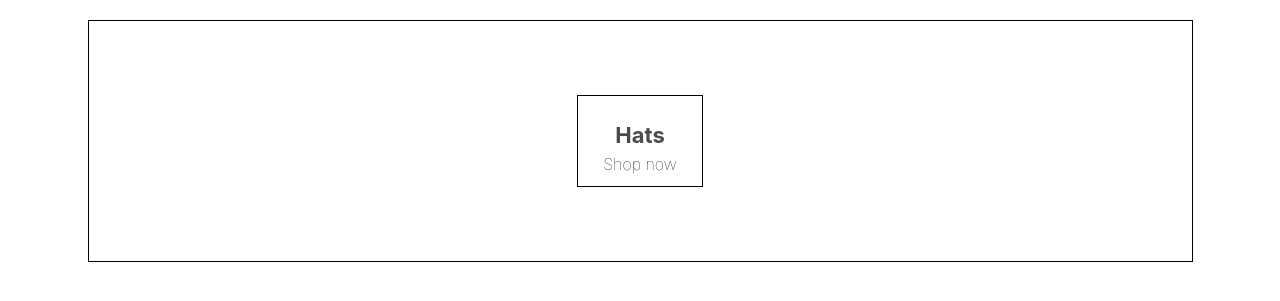
Repository: sbeaujard/train-react-crwn
Page: /
An editor plug-in stored every save of this project. The page is shown before and after the next save, followed by the edit.
The browser window is 1280 px wide. The pictures show the whole page.
The project was rebuilt for these pictures with package versions that can differ from the ones it lists, and the page was loaded fresh each time. Also part of the build but not shown: src/App.css.

Above is the page before, as saved 2021-01-08 09:21:17.

### src/App.js
import './App.css';
import HomePage from './homepage.component';

function App() {
  return (
    <HomePage></HomePage>

  );
}

export default App;

### src/homepage.component.jsx
import React from 'react';
import './homepage.styles.scss'
const HomePage = () => (
    <div className="homepage">
        <div className="directory-menu">
            <div className="menu-item">
                <div className="content">
                    <h1 className="title">Hats</h1>
                    <span className="subtitle">Shop now</span>
                </div>
            </div>
        </div>
    </div>
)

export default HomePage;

### src/homepage.styles.scss
.homepage {
    display: flex;
    flex-direction: column;
    align-items: center;
    padding: 20px 80px;
  }

  .directory-menu {
    width: 100%;
    display: flex;
    flex-wrap: wrap;
    justify-content: space-between;
  }

  .menu-item {
    min-width: 30%;
    height: 240px;
    flex: 1 1 auto;
    display: flex;
    align-items: center;
    justify-content: center;
    border: 1px solid black;
    margin: 0 7.5px 15px;

    &:first-child {
      margin-right: 7.5px;
    }

    &:last-child {
      margin-left: 7.5px;
    }

    .content {
      height: 90px;
      padding: 0 25px;
      display: flex;
      flex-direction: column;
      align-items: center;
      justify-content: center;
      border: 1px solid black;

      .title {
        font-weight: bold;
        margin-bottom: 6px;
        font-size: 22px;
        color: #4a4a4a;
      }

      .subtitle {
        font-weight: lighter;
        font-size: 16px;
      }
    }
  }

Loaded but not shown: public/index.html (common file); src/index.js (common file); src/index.css (common file); src/reportWebVitals.js (common file)

After the next save:
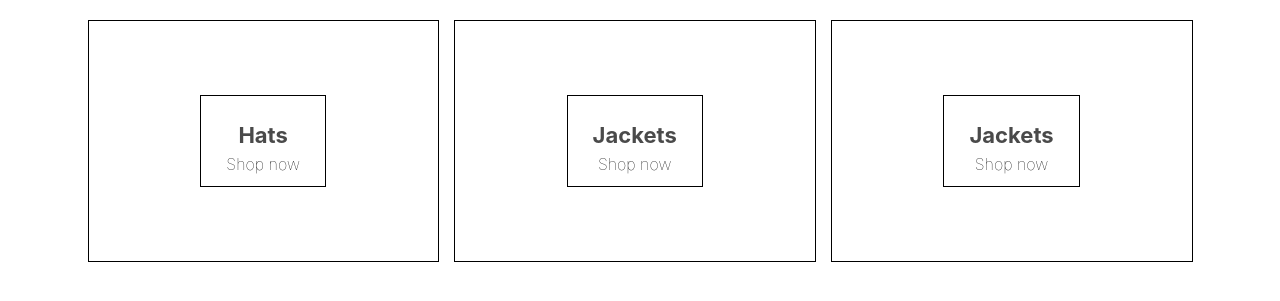
Saved 30 min 45 s later.
--- a/src/homepage.component.jsx
+++ b/src/homepage.component.jsx
@@ -1,5 +1,5 @@
 import React from 'react';
-import './homepage.styles.scss'
+import './homepage.styles.scss';
 const HomePage = () => (
     <div className="homepage">
         <div className="directory-menu">
@@ -9,6 +9,18 @@ const HomePage = () => (
                     <span className="subtitle">Shop now</span>
                 </div>
             </div>
+            <div className="menu-item">
+                <div className="content">
+                    <h1 className="title">Jackets</h1>
+                    <span className="subtitle">Shop now</span>
+                </div>
+            </div>
+            <div className="menu-item">
+                <div className="content">
+                    <h1 className="title">Jackets</h1>
+                    <span className="subtitle">Shop now</span>
+                </div>
+            </div>
         </div>
     </div>
 )
